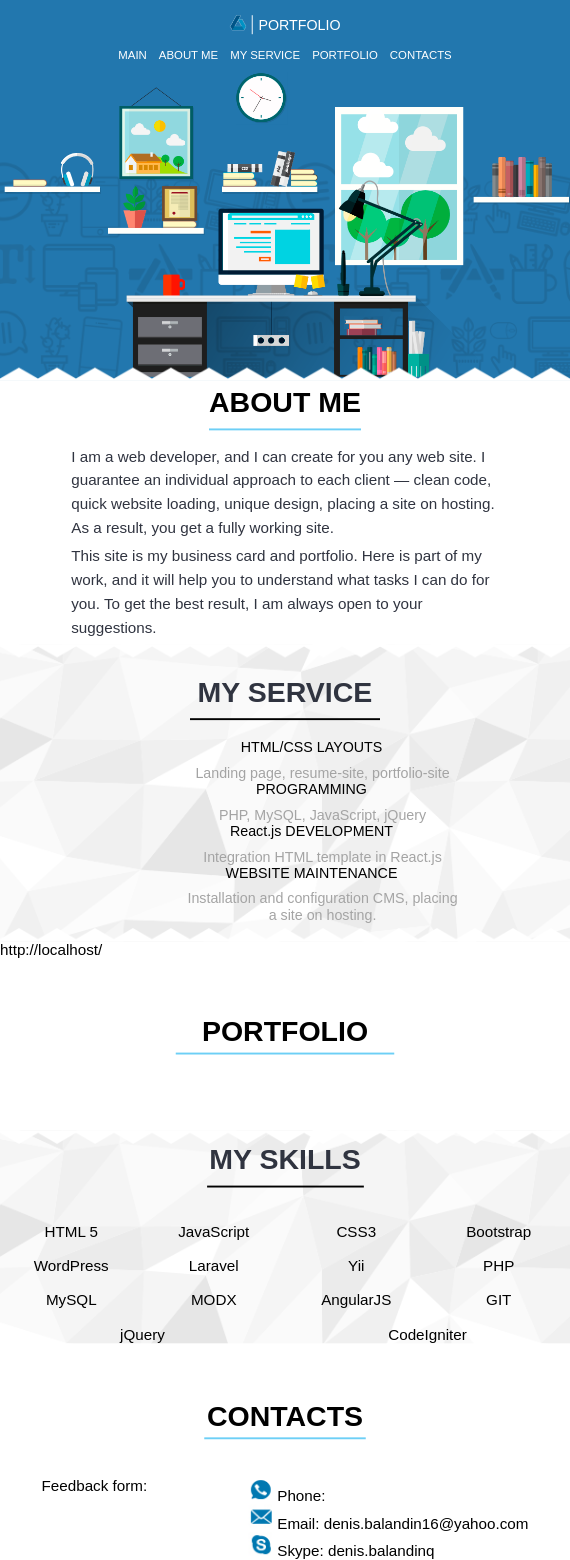
Repository: DenisBalandin/Portfolio
Page: /
The author's editor kept a copy of each file at every save. The page is drawn from the files as they stood at one save, then again after the next save.
The browser window is 600 px wide. The pictures show the whole page, at 95% of full size.
Pictures or frames that could not be fetched are drawn as grey boxes. The page's requests for data from a server got no answer. The project was rebuilt for these pictures with package versions that can differ from the ones it lists, and the page was loaded fresh each time. No one was signed in, and anything a server would have sent is missing. Also part of the build but not shown: src/ItemPage.js.

Above is the page before, as saved 2020-03-07 16:16:25.

### src/App.js
import React from 'react';
import './style.scss';
import ItemPage from './ItemPage';
import Home from './Home';
import Header from './Header';


import {BrowserRouter as Router,Route, Link} from 'react-router-dom';

function App(){
  return (
    <Router>
      <Header/>
      <Route exact path="/pageitem" component={ItemPage} />

      <Route exact path="/pageitem/:itemid" component={ItemPage} />
      <Route exact path="/" component={Home} />
    </Router>
  );
}

export default App;

### src/style.scss
*{padding: 0; margin: 0;}
body{font-family: Arial; min-width: 500px; }
a{text-decoration: none; color: #FFFFFF; text-decoration: none;}
li{list-style: none;}

/* Heder */
#first_page_bg{
    width:100%;
    height: 70%;
    background: #2277ae;
    header{
        width: 65%;
        margin: 0 auto 0 auto;
        .up_menu_links{
            display: flex;
            justify-content: space-between;
           padding: 2% 0 0 0;
            .social_link{
                width: 30%;
                a{

                    img{
                        width: 7%;
                    }
                    margin: 0 3% 0 3%;
                }
            }
            .email_heder{
                 width: 30%;
                margin: 0 1.5% 0 0;
                a{
                    // display: flex;
                    .email_icon{
                        // width: 15%;
                        // width: 100%;
                        img{
                            width: 100%;
                            // position: absolute;
                            margin: 0 0 0 -2%;
                            // height: 100%;
                        }
                    }
                    div{
                        margin: 0.3% -2% 0 15%;
                        font-size: 1.0vw;
                    }
                }
            }
        }
        menu{
            margin:2% 0 5% 0;
            display: flex;
            justify-content: space-between;
            flex-wrap: wrap;
            width: 100%;
            .logo{
                width: 30%;
                display: flex;
                height: 100%;
                img{
                   width: 100%;
                //    height: 100%;
                //    margin: 5% 0 0% 0;
                }
                .company_name{
                    margin: auto;
                    margin: 0% 0 0 5%;
                    // height: 90%;
                    padding: 0 0 0 5%;
                    border-left: #FFFFFF 1px solid;
                    font-size: 2.5vw;
                    // height: 100%;
                    display: table;
                    a{
                        vertical-align: middle;
                    }
                }
            }
            .menu_heder{
                padding: 1.2% 0 0 0;
                width: 53%;
                display: flex;
                justify-content: space-between;
                div{
                    display: table;
                    a{
                        font-size: 1.2vw;
                        vertical-align: middle;

                    }
                    a:hover{
                        text-decoration: underline;
                    }
                }
            }
        }
    }
}
/*Heder end*/

/*Page*/
#first_page_bg_single{ width: 100%; height: 195px; background: #2277ae; padding:0px 0 0 0; overflow: hidden;}
.bg_page_insaide_page{width: 100%; background: url("img/pattop1.png") repeat-x; height: 230px; position: relative; z-index:5;}
.deltatop_page_page{width: 100%; background: url("img/deltatop.png") repeat-x; height: 14px; position: relative; z-index: 20; margin: -13px 0 0 0;}
#content_page{
    max-width: 1200px;
    margin: 30px auto 0px auto;
    display: flex;
    flex-wrap: wrap;
    flex-direction: row;
    justify-content: space-around;
}
.content_pageh1{
    font-size: 30px;
    text-transform: uppercase;
    text-align: center;
    font-weight: bold;
    position: relative;
    margin-bottom: 30px;
    color:#303440;
    text-decoration: underline;
    padding: 40px 0 10px 0;
}
#content_page img{
    width: 100%;
    height: auto;
}
/*Page end*/
.order_site{float: right; margin: 15px 0 0 20px; width: 178px; height: 30px; border: 1px solid #6ca6cd; text-align: center; color: #ffffff; padding: 10px 0 0 0; font-size: 14px; box-shadow: 9px 8px 4px -7px #2277ae; }
.order_site:hover{background: #0298cc; cursor: pointer;}
.company_name{
    color: #ffffff;
    font-size: 45px;
    margin: -10px 0 0 15px;
}
.company_name a{color: #FFFFFF;}
.company_name a:hover{color: #FFFFFF; text-decoration: none;}
.logo_border{
    width: 1px; height: 50px; background: #FFFFFF; margin: 0 10px 0 25px;
}
.content_description{
    max-width: 750px;
    height: 60px;
    float: left;
    font-size: 14px;
    color: #303440;
    margin: 0 0px 0 0;
}
.tools{ font-size: 15px; color: #303440; padding: 0 0 0 0px; }
.content_link{font-size: 15px; color: #303440; margin:0px 0 20px 0;}
.content_link a{color: #303440; text-decoration: underline;}
.content_link a:hover{text-decoration: none;}
.content_text{
    width: 80%;
    background: #fff;
    border: 1px solid #59759b;
    overflow: hidden;
    margin: 0 auto 0 auto;
}
.content_text img{
    width: 100%!important;
    height: 50%!important;
}
.web_line{ background:url("img/web_line.jpg")no-repeat;  display: inline-block; height: 69px; max-width: 1150px; margin: 0 0 -5px 0; border-right: 1px solid #59759b; border-left: 1px solid #59759b; border-top: 1px solid #59759b;}
.content_url{float: left; margin: 40px 0 0 160px;}
.content_url a{color: #585353;}
/*Links end*/
.flex-container {
    display: flex;
    flex-direction:  row-reverse;
}
/*Top Menu*/
.heder_menu{
    display: flex;
}
.top_menu{
    margin: 20px 0;
    display: flex;
    flex-direction:row;
}
/*Page bg*/
.page_bg{
    margin: -10px auto 0 auto;
}
.bg_page_insaide{width: 100%; background: url("img/pattop.png") repeat-x;  position: relative; z-index:5; background-position: bottom;
    display: flex;
    flex-direction: column;
}
.bg_page_insaide_single{width: 100%; margin: 15px 0 0 0; background: url("img/pattop.png") repeat-x; height: 130px; position: relative; z-index:5;}
.deltatop_page{width: 100%; background: url("img/deltatop.png") repeat-x; height: 14px; position: relative; z-index: 20; margin: -14px 0 0 0;}
/*Page bg end*/

/*About me*/
#about_me{
    width: 85%;
    margin:  1% auto 0% auto;
    h1{
        font-size: 30px;
        text-transform: uppercase;
        margin: 0 auto 2% auto;
        font-weight: bold;
        position: relative;
        border-bottom: 2px solid #6dcff6;
        width: 160px;
        padding: 0 0 10px 0;
    }
    .about_me_content{
    display: inline-block;
    height: 40%!important;

        p{
            box-sizing: border-box;
            font-size: 20px "Roboto";
            line-height: 25px;
            color: #303440; margin: 1% 0 1% 0;
        }
        img{
            // width: 30%;
            padding: 0 5% 0 5%;
            margin: 0 0 0% 0;

        }
    }
}
/*About me end*/

/*My Service*/
#my_service_bg{
    height: 100%;
    background: url("img/bgdelta.png") repeat-x;
    h3{
        font-size: 30px;
        text-transform: uppercase;
        font-weight: bold;
        color: #303440;
        width: 200px;
        text-align: center;
        margin: 20px auto 20px auto;
        border-bottom: 2px #000000 solid;
        padding: 0 0 10px 0;
    }
    .my_service_line_top{
        width: 100%;
        height: 14px;
        background: url("img/deltabottom.png") repeat-x;
    }
    .my_service_line_bottom{
        width: 100%;
        height: 14px;
        background: url("img/deltatop.png") repeat-x;
    }
    #my_service{
        width: 90%;
        margin: 0px auto 1% auto;
        display: flex;
        div{
            width: 30%;
            .text_img{
              width: 30%;
              margin: 0 auto 0 auto;
              img{
                 width: 100%;
              }
            }
            .text_1{
                width: 100%;
                padding: 0 1% 0 1%;
                font-size: 15px;
            }
            .text_2{
                width: 100%;
                padding: 0 5% 0 5%;
                color:#a4a4a4;
                font-size: 15px;
            }
        }
    }
}


/*My service end*/

/*Portfolio*/
#portfolio{
    max-width: 1200px;
    margin: 0 auto 40px auto;
    display: flex;
    flex-direction:row;
    flex-wrap: wrap;
    justify-content: center;
}
.portfolioh3{
    font-size: 30px;
    text-transform: uppercase;
    text-align: center;
    font-weight: bold;
    position: relative;
    border-bottom: 2px solid #6dcff6;
    width: 230px;
    margin: 60px auto 40px auto;
    padding: 0 0 5px 0;
}
#portfolio .portfolioblock{
    border: 1px solid #bfd2e1;
    width: 368px;
    margin: 10px;
    box-shadow: 5px 5px 4px -5px #000000;
}
#portfolio div img{
    margin: -12px 0 0px 0;
    display: inline-block;
}
.p_name{
    background:#2d7eb2;
    text-align: center;
    height: 40px;
    opacity: 0.8;
    padding: 2px 20px;
    margin: 0 auto 0 auto;
}
.p_name a{
    font-size: 20px;
    color: #ffffff;
}
.p_name:hover{
    text-decoration: none;
}
/*Portfolio end*/

/*Content blog*/
#content_blog{ max-width: 1200px;  margin: 0 auto 40px auto; min-height: 300px;}
/*Content blog end*/



/*I used*/
#my_skils_bg{
    width: 100%;
    height: 100%;
    background: url("img/bgdelta.png") repeat-x;
    margin: 0 0 40px 0;
}
.my_skils_line_top{
    width: 100%;
    height: 14px;
    background: url("img/deltabottom.png") repeat-x;
}
.my_skils_line_bottom{
    width: 100%;
    height: 14px;
    background: url("img/deltatop.png") repeat-x;
}
#my_skils{
    max-width: 1200px;
    margin: 10px auto 0px auto;
    display: flex;
    flex-direction:row;
    flex-wrap: wrap;
}
#my_skils div img{}
.my_skillsh3{
    font-size: 30px;
    text-transform: uppercase;
    font-weight: bold;
    color: #303440;
    width: 165px;
    text-align: center;
    margin: 0 auto 20px auto;
    border-bottom: 2px #000000 solid;
    padding: 0 0 10px 0;
}
#my_skils div{ width: 140px; text-align: center; margin: 0 0 20px 18px;}
#my_skils div img{margin: 0 0 10px 0; width:40%;}
.about_me_img{}
.text_1{ text-align: center;}
.text_2{ text-align: center; margin: 10px 0 0 0; color:#a4a4a4; font-size: 13px;}
/*I used end*/

/*Portfolio*/
.contactsh3{
    font-size: 30px;
    text-transform: uppercase;
    text-align: center;
    font-weight: bold;
    position: relative;
    border-bottom: 2px solid #6dcff6;
    width: 170px;
    margin: 60px auto 40px auto;
    padding: 0 0 5px 0;
}
#contacts{
    max-width: 1200px;
    margin: 0 auto 0px auto;
    display: flex;
    flex-direction:row;
    flex-wrap: wrap;
    justify-content: space-around;
}
.formcont{ margin: 0 20px 0 0;}
.formcont input{border: 1px solid #dddddd; margin: 10px 0 10px 0; width: 250px; height: 30px; color: #666666; padding: 0 0 0 10px;}
.formcont textarea{border: 1px solid #dddddd; margin: 10px 0 10px 0; width: 410px; height: 70px; color: #666666; padding: 15px 0 0 10px;}
.formcont button{ background:#0298cc; height: 40px; width: 180px; color: #ffffff; font-size: 18px; border: 1px solid #6ca6cd; cursor: pointer;}
.formcont button:hover{ background:#2277ae;}
/*Portfolio end*/

/*Footer*/
#footer_bg{background: #2277ae; width: 100%; height: 100px; margin: 50px 0 0 0; }
#footer{max-width: 1200px;  margin: 10px auto 0px auto; height: 50px;}
.copyright{ color: #ffffff; margin: 25px 0 0 10px;}
.footermenu{ margin: 25px 0 0 0;}
.footermenu li{float: left; font-size: 14px; margin: 0 10px 0 10px; color: #ffffff; border-bottom: 1px solid #ffffff;}
.footermenu li:hover{border-bottom: 1px solid #2277ae;}
/*footer end*/


@media all and (max-width: 900px) {
    menu{
        display: block!important;
        .logo{
            width: 60%;
           margin: 2% auto 2% auto;
        }
        .menu_heder{
            width: 90%!important;
            margin: 2% auto 4% auto;
            a{
                font-size: 2vw!important;
            }

        }
    }
    .social_link{
        display: none
    }
    .email_heder{
        display: none
    }
    #my_service{
        width: 80%!important;
        flex-wrap: wrap;
        div{
             width: 290px!important;
            // text-align: center;
            .text_img{
                width: 30%!important;
                // display: none;
                // width: 20%!important;
                // margin: 0 auto 0 auto;
                // img{
                //    width: 100%;
                // }
              }
        }

    }

    #about_me p img {
        width: 0%;
    }

    #my_skils div img {
        width: 0% !important;
    }

    #my_skils{
        justify-content: space-around!important;
    }
    #my_skils div{
        margin: 0 !important;
    }
    .top_menu{
        display: none!important;
    }
    .menu{
        margin: 10px 0 40px 0!important;
        justify-content: space-around !important;
    }
    #about_me p{
        padding: 0 30px 0 30px!important;
    }
}
@media all and (max-width: 750px) {
    #my_service{
        width: 98%!important;

        div{
            // width: 50%!important;
            // text-align: center;
            .text_img{
                display: none;
                // width: 20%!important;
                // margin: 0 auto 0 auto;
                // img{
                //    width: 100%;
                // }
              }
        }

    }
}

@media all and (max-width: 690px) {
    #my_service{
        width: 40%!important;


    }
}

### src/Home.js
import React,{Component} from 'react';
import AboutMe from './AboutMe';
import MyService from './MyService';
import MySkills from './MySkills';
import Contacts from './Contacts';
import Portfolio from './Portfolio';
import {BrowserRouter as Router,Route, Link} from 'react-router-dom';


class Home extends Component{
    render(){
        return(
            <div>
                <Router>
                    <AboutMe/>
                    <MyService/>
                    <Portfolio/>
                    <MySkills/>
                    <Contacts/>
                </Router>
            </div>
        );
    }
}
export default Home;

### src/Header.js
import React from 'react';
import skype from './img/skype_icon.jpg';
import viber from './img/viber_icon.jpg';
import whatsap from './img/whatsap.jpg';
import telegram from './img/telegram.jpg';
import email from './img/email.jpg';
import logo from './img/logo.png';
import background from './img/background.png';


function Header(){
    return(
        <div id="first_page_bg" >
        {/* <!--Links--> */}
            <header>
            <div className="up_menu_links">
                <div className="social_link">
                    <a href="#"><img src={skype}/></a>
                    <a href="#"><img src={viber}/></a>
                    <a href="#"><img src={whatsap}/></a>
                    <a href="#"><img src={telegram}/></a>
                </div>
                <div className="email_heder">
                    <a href="#">
                        {/* <div className="email_icon"><img src={email}/></div> */}
                        <div>Email: denis.balandin16@yahoo.com</div>
                    </a>
                </div>
            </div>
            {/* <!--Links end--> */}
            {/* <!--Menu--> */}
            <menu>
                <div className="logo">
                    <div>
                        <a href="/">
                        <img src={logo} />
                        </a>
                    </div>
                    <div className="company_name">
                        <a href="/">PORTFOLIO</a>
                    </div>
                </div>
                <div className="menu_heder">
                    <div>
                        <a href="/">MAIN</a>
                    </div>
                    <div>
                        <a href="#about_me">ABOUT ME</a>
                    </div>
                    <div>
                        <a href="#my_service">MY SERVICE</a>
                    </div>
                    <div>
                        <a href="#portfolio">PORTFOLIO</a>
                    </div>
                    <div>
                        <a href="#contacts">CONTACTS</a>
                    </div>
                </div>
            </menu>
            {/* <!--Menu end--> */}
        </header>
        <div className="bg_page_insaide">
            <div className="page_bg">
                <img src={background} width="100%" />
            </div>
        </div>
        <div className="deltatop_page"></div>
    </div>
    );
}
export default Header;

### src/AboutMe.js
import React from 'react';
import aboutme from './img/aboutme.png';

function AboutMe(){
    return(
        <div id="about_me">
            <h1>ABOUT ME</h1>
            <div className="about_me_content">
                <p>
                    <img className="about_me_img" align="right" src={aboutme} width="40%"/>
                    I am a web developer, and I can create for you any web site. I guarantee an individual approach to each client — clean code, quick website loading, unique design, placing a site on hosting. As a result, you get a fully working site.
                </p>
                <p>
                    This site is my business card and portfolio. Here is part of my work, and it will help you to understand what tasks I can do for you. To get the best result, I am always open to your suggestions.
                </p>
            </div>
        </div>
    );
}
export default AboutMe;

### src/MyService.js
import React from 'react';
import html_icon from './img/html_icon.png';
import code_icon from './img/code_icon.png';
import react from './img/react_icon.png';
import display_icoon from './img/display_icoon.png';

function MyService(){
    return(
        <div id="my_service_bg">
          <div className="my_service_line_top"></div>
          <h3>MY SERVICE</h3>
          <div id="my_service">
              <div>
                <div  className="text_img"><img src={html_icon} /></div>
                <div className="text_1">HTML/CSS LAYOUTS</div>
                <div className="text_2">Landing page, resume-site, portfolio-site</div>
              </div>
              <div>
              <div  className="text_img"><img  src={code_icon} /></div>
                <div className="text_1">PROGRAMMING</div>
                <div className="text_2">PHP, MySQL, JavaScript, jQuery</div>
              </div>
              <div>
              <div  className="text_img"><img src={react}/></div>
                <div className="text_1">React.js DEVELOPMENT</div>
                <div className="text_2">Integration HTML template in React.js</div>
              </div>
              <div>
              <div  className="text_img"><img src={display_icoon}/></div>
                <div className="text_1">WEBSITE MAINTENANCE</div>
                <div className="text_2">Installation and configuration CMS, placing a site on hosting.</div>
              </div>
          </div>
          <div className="my_service_line_bottom"></div>
      </div>
    );
}
export default MyService;

### src/MySkills.js
import React from 'react';
import css3 from './img/css3.png';
import bootstrap from './img/bootstrap.png';

function MySkills(){
    return(
        <div id="my_skils_bg">
            <div className="my_skils_line_top"></div>
            <h3 className="my_skillsh3">My Skills</h3>
            <div id="my_skils">
                <div>
                    <img src="<?php bloginfo('template_directory'); ?>/img/html5.png" />
                    <p>HTML 5</p>
                </div>
                <div>
                    <img src="<?php bloginfo('template_directory'); ?>/img/js.png"/>
                    <p>JavaScript</p>
                </div>
                <div><img src={css3}/> <p>CSS3</p></div>
                <div><img src={bootstrap}/><p>Bootstrap</p></div>
                <div><img src="<?php bloginfo('template_directory'); ?>/img/wordpress.png"/><p>WordPress</p></div>
                <div><img src="<?php bloginfo('template_directory'); ?>/img/laravel.png"/><p>Laravel</p></div>
                <div><img src="<?php bloginfo('template_directory'); ?>/img/yii.png"/><p>Yii</p></div>
                <div><img src="<?php bloginfo('template_directory'); ?>/img/php.png"/><p>PHP</p></div>
                <div><img src="<?php bloginfo('template_directory'); ?>/img/mysql.png"/><p>MySQL</p></div>
                <div><img src="<?php bloginfo('template_directory'); ?>/img/modx.png"/><p>MODX</p></div>
                <div><img src="<?php bloginfo('template_directory'); ?>/img/angular.png"/><p>AngularJS</p></div>
                <div><img src="<?php bloginfo('template_directory'); ?>/img/git.png"/><p>GIT</p></div>
                <div><img src="<?php bloginfo('template_directory'); ?>/img/jquery.png"/><p>jQuery</p></div>
                <div><img src="<?php bloginfo('template_directory'); ?>/img/codeigniter.png"/><p>CodeIgniter</p></div>
            </div>
            <div className="my_service_line_bottom"></div>
        </div>
    );
}
export default MySkills;

### src/Contacts.js
import React from 'react';
import skype_cont from './img/skype_cont.jpg';
import mail_cont from './img/mail_cont.jpg';
import phone_cont from './img/phone_cont.png';

function Contacts(){
    return(
        <>
            <h3 className="contactsh3">CONTACTS</h3>
            <div id="contacts">
                <div className="formcont">
                    <p>Feedback form:</p>

                </div>
                <div className="contacts">
                    <div>
                    <img src={phone_cont}/> <span>Phone:</span>
                    </div>
                    <div>
                    <img src={mail_cont}/> <span>Email: denis.balandin16@yahoo.com  </span>
                    </div>
                    <div>
                    <img src={skype_cont}/> <span>Skype: denis.balandinq </span>
                    </div>
                </div>
            </div>
        </>
    );
}
export default Contacts;

### src/Portfolio.js
import React,{Component} from 'react';
import portfolioicon from './img/portfolioicon.jpg';
import { db } from "./firebase";
import ReactHtmlParser, { processNodes, convertNodeToElement, htmlparser2 } from 'react-html-parser';
import {BrowserRouter as Router,Route, Link} from 'react-router-dom';

class Portfolio extends Component{
    constructor(props){
        super(props);
        this.state = {
            pages:[]
        }
    }
    componentDidMount(){
        this.getFetch();
    }
    getFetch = () => {
        // db.collection("messages")
        // .get()
        // .then(querySnapshot => {
        //     let fullArray = [];
        //     const data = querySnapshot.docs.map(doc => doc.data());
        //     for(var int = 0; int < data.length; int++){
        //         fullArray[int] = {
        //             name: data[int].name,
        //             date:data[int].date,
        //             check:data[int].check,
        //             id: querySnapshot.docs[int].id,
        //         }
        //     }
        //     this.setState({ users: fullArray });
        // });
        fetch('http://testwoo/wp-json/wp/v2/posts')
        .then(response => response.json())
        .then(
            result => this.setState({
                pages:result
            })
        );
    }

    render(){
       return(
           <>
           {window.location.href}
            {/* <Route exact path="/"  component={Home}/> */}
            <h3 className="portfolioh3">PORTFOLIO</h3>
            <div id="portfolio">
                {this.state.pages.map((page, index)=>
                    <div className="portfolioblock">
                        {/* <Link to={`/pageitem/${page.id}`}>
                            <img src={portfolioicon}  width="368"/>
                            { ReactHtmlParser(page.excerpt.rendered)}
                        </Link>
                        <div className="p_name">
                            <a href="/pexuniverse/">{page.title.rendered}</a>
                        </div> */}
                    </div>
                )}


            </div>
        </>
       );
   }
}
export default Portfolio;

### src/firebase.js
import firebase from 'firebase';

const firebaseApp = firebase.initializeApp({
    apiKey: "AIzaSyBH21wpMVzXC2kYGnD8x1tI6ru-zdWNAqs",
    authDomain: "test-4ba23.firebaseapp.com",
    databaseURL: "https://test-4ba23.firebaseio.com",
    projectId: "test-4ba23",
    storageBucket: "test-4ba23.appspot.com",
    messagingSenderId: "597606478464",
    appId: "1:597606478464:web:6e48455407186638df2c65",
    measurementId: "G-NDR2C185V9"
});

const db = firebaseApp.firestore();

export {db};

Loaded but not shown: public/index.html (common file); src/index.js (common file); src/index.css (common file); src/serviceWorker.js (common file)

After the next save:
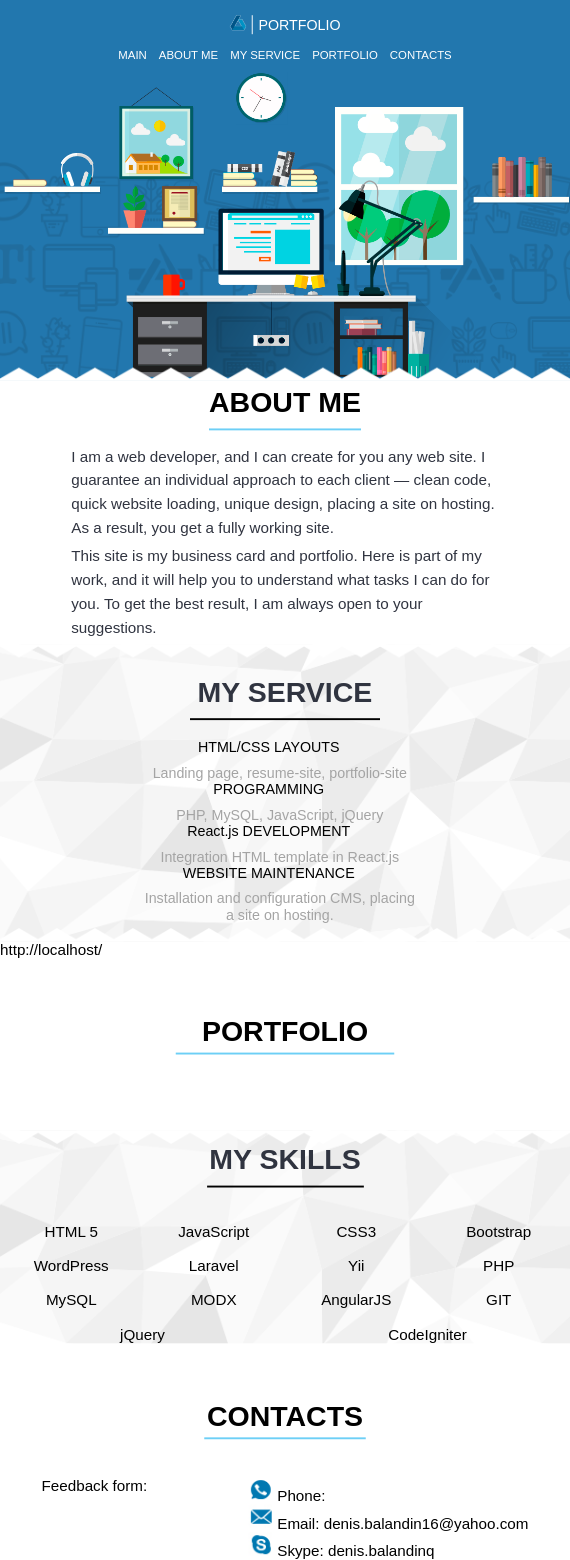
Saved 6 s later.
--- a/src/style.scss
+++ b/src/style.scss
@@ -501,8 +501,8 @@
 
 @media all and (max-width: 690px) {
     #my_service{
-        width: 40%!important;
-
-
-    }
-}
+        width: 55%!important;
+
+
+    }
+}
